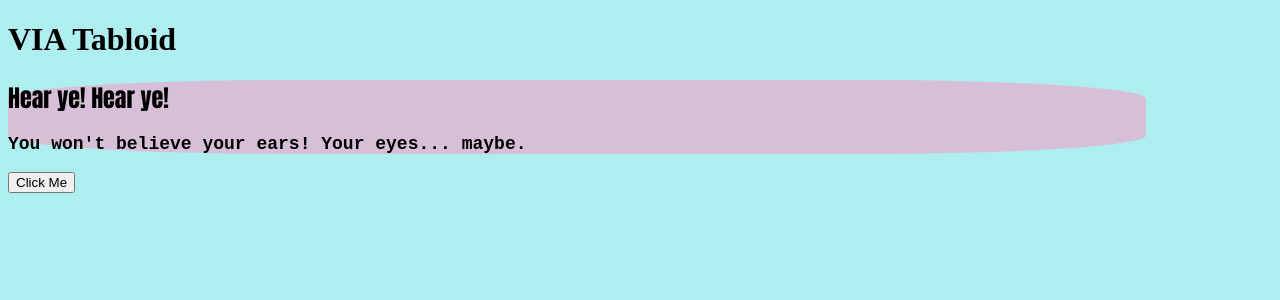
Repository: pimbp/doc_assign
Page: Frontend/index.html
An editor plug-in stored every save of this project. The page is shown before and after a run of saves, followed by the edit.
The browser window is 1280 px wide. The pictures show the whole page.

Above is the page before, as saved 2026-02-25 18:07:23.

### Frontend/index.html
<!DOCTYPE html>
<html>
<head>
    <link rel="stylesheet" href="style/fancy.css">
</head>
<body>
    <h1>VIA Tabloid</h1>
    <div id="sensational">

        Hear ye! Hear ye!
        <p>
            You won't believe your ears! Your eyes... maybe.
        </p>

    </div>
    <button onclick="myFunction()">Click Me</button>
    <script src="functions/funct.js"></script>
</body>
</html>

### Frontend/style/fancy.css
body { background-color: paleturquoise; }

#sensational {
    font-family: Impact, Haettenschweiler, 'Arial Narrow Bold', sans-serif;
    font-size: 24px;
    font-weight: bold;

    max-width: 90%;
    background-color: thistle;
    border-radius: 25%;
}
#sensational p {
    font-family: 'Courier New', Courier, monospace;
    font-size: 18px;
}

### Frontend/functions/funct.js
function myFunction() { alert('Connected!'); }

After the next 2 saves:
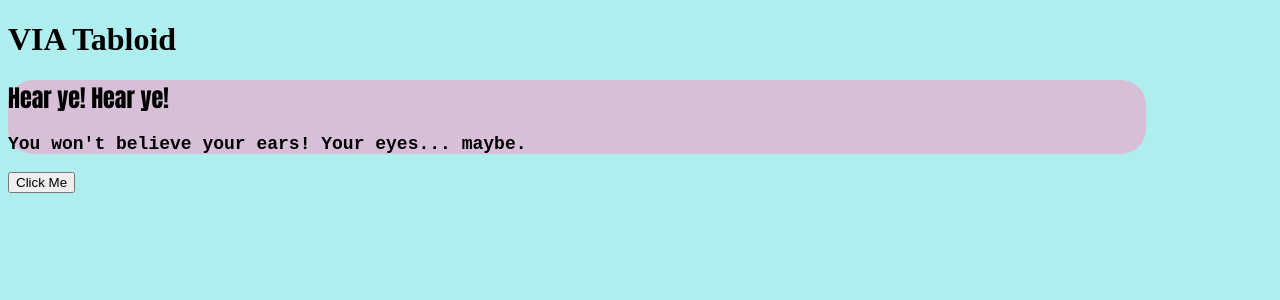
The 2 saves are shown as one change because they came seconds apart.
The last was saved 13 s later.
--- a/Frontend/style/fancy.css
+++ b/Frontend/style/fancy.css
@@ -7,7 +7,7 @@ body { background-color: paleturquoise; }
 
     max-width: 90%;
     background-color: thistle;
-    border-radius: 25%;
+    border-radius: 25px;
 }
 #sensational p {
     font-family: 'Courier New', Courier, monospace;
